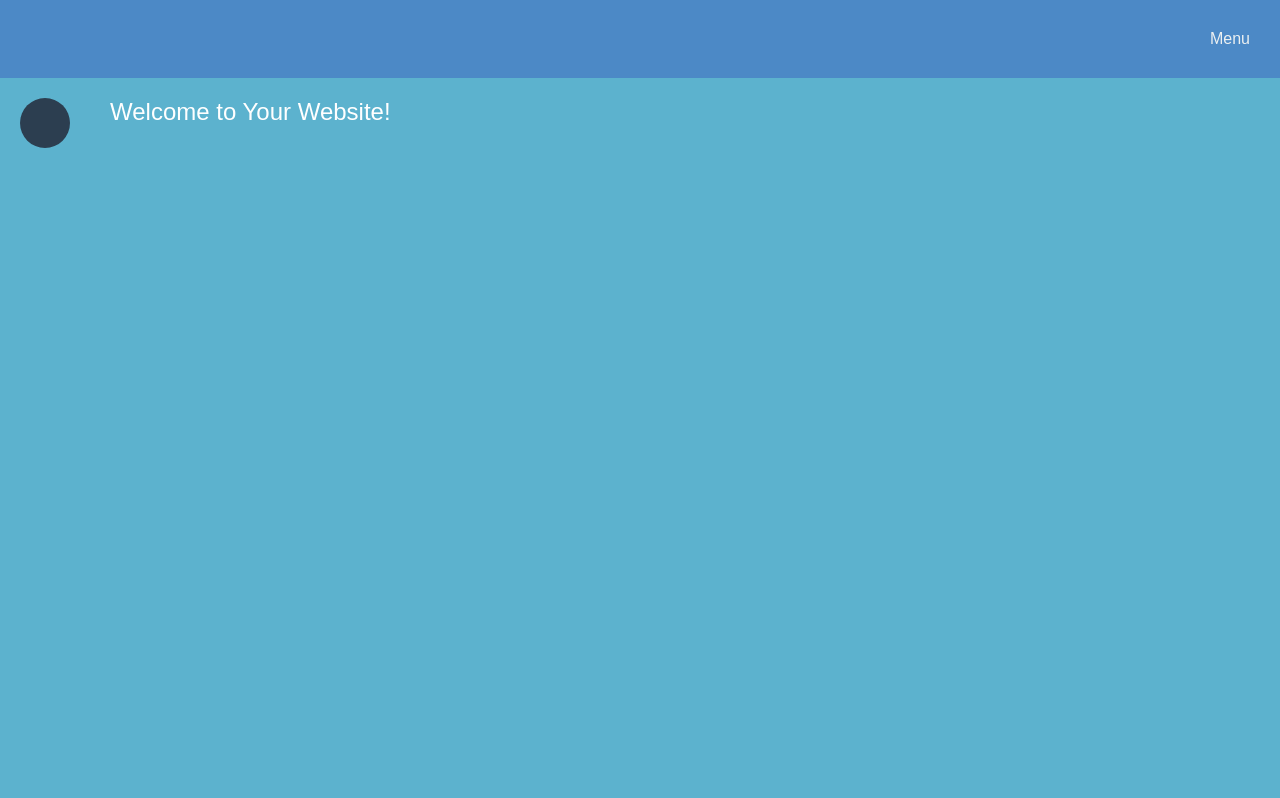
Repository: bliuzley13/Website_Portfolio
Page: Website_Portfolio/index.html
These files come from the project's save history. The page is drawn as it stood at one moment and after the next save; the edit follows.
The browser window is 1280 px wide. The pictures show the whole page.

Above is the page before, as saved 2024-02-05 17:15:58.

### Website_Portfolio/index.html
<!DOCTYPE html>
<html lang="en">
<head>
    <meta charset="UTF-8">
    <meta name="viewport" content="width=device-width, initial-scale=1.0">
    <title>Your Website</title>
    <style>
        body {
            margin: 0;
            padding: 0;
            font-family: Arial, sans-serif;
            background-color: #5cb2ce; /* Light blue background color */
            overflow: hidden;
        }

        #header {
            background-color: #4c89c6; /* Darker blue for the menu button */
            padding: 20px;
            color: #ecf0f1; /* Light text color */
            display: flex;
            align-items: center;
            justify-content: flex-end; /* Align elements to the right */
        }

        #menu-btn {
            margin-left: 20px;
            padding: 10px;
            background-color: #4c89c6; /* Darker blue for the menu button */
            color: #ecf0f1;
            cursor: pointer;
        }

        #menu {
            display: none;
            position: absolute;
            top: 70px;
            right: 20px;
            background-color: #2c3e50; /* Darker blue for the subboxes */
            padding: 10px;
            border-radius: 5px;
        }

        .menu-item {
            margin-bottom: 10px;
            color: #ecf0f1;
            cursor: pointer;
        }

        #content {
            display: flex;
            height: 100vh;
            overflow: hidden;
        }

        #icon {
            width: 50px;
            height: 50px;
            background-color: #2c3e50; /* Darker blue for the icon background */
            margin: 20px;
            border-radius: 50%;
        }

        #main-container {
            flex: 1;
            padding: 20px;
            overflow-y: auto;
            color: #ffffff; /* Darker blue for the main content text color */
        }

        #welcome-animation {
            font-size: 24px;
            color: #ffffff; /* Darker blue for the welcome text color */
            animation: fadeIn 2s ease-in-out;
        }

        @keyframes fadeIn {
            0% { opacity: 0; }
            100% { opacity: 1; }
        }
    </style>
    <script>
        document.addEventListener('DOMContentLoaded', function() {
            var menuBtn = document.getElementById('menu-btn');
            var menu = document.getElementById('menu');

            menuBtn.addEventListener('click', function() {
                if (menu.style.display === 'none' || menu.style.display === '') {
                    menu.style.display = 'block';
                } else {
                    menu.style.display = 'none';
                }
            });
        });
    </script>
</head>
<body>
    <div id="header">
        <div id="menu-btn">Menu</div>
        <div id="menu">
            <div class="menu-item">Home</div>
            <div class="menu-item">About</div>
            <div class="menu-item">Projects</div>
            <div class="menu-item">Contact</div>
        </div>
    </div>

    <div id="content">
        <div id="icon"></div>
        <div id="main-container">
            <div id="welcome-animation">Welcome to Your Website!</div>
            <!-- Add your content here -->
        </div>
    </div>
</body>
</html>

After the next save:
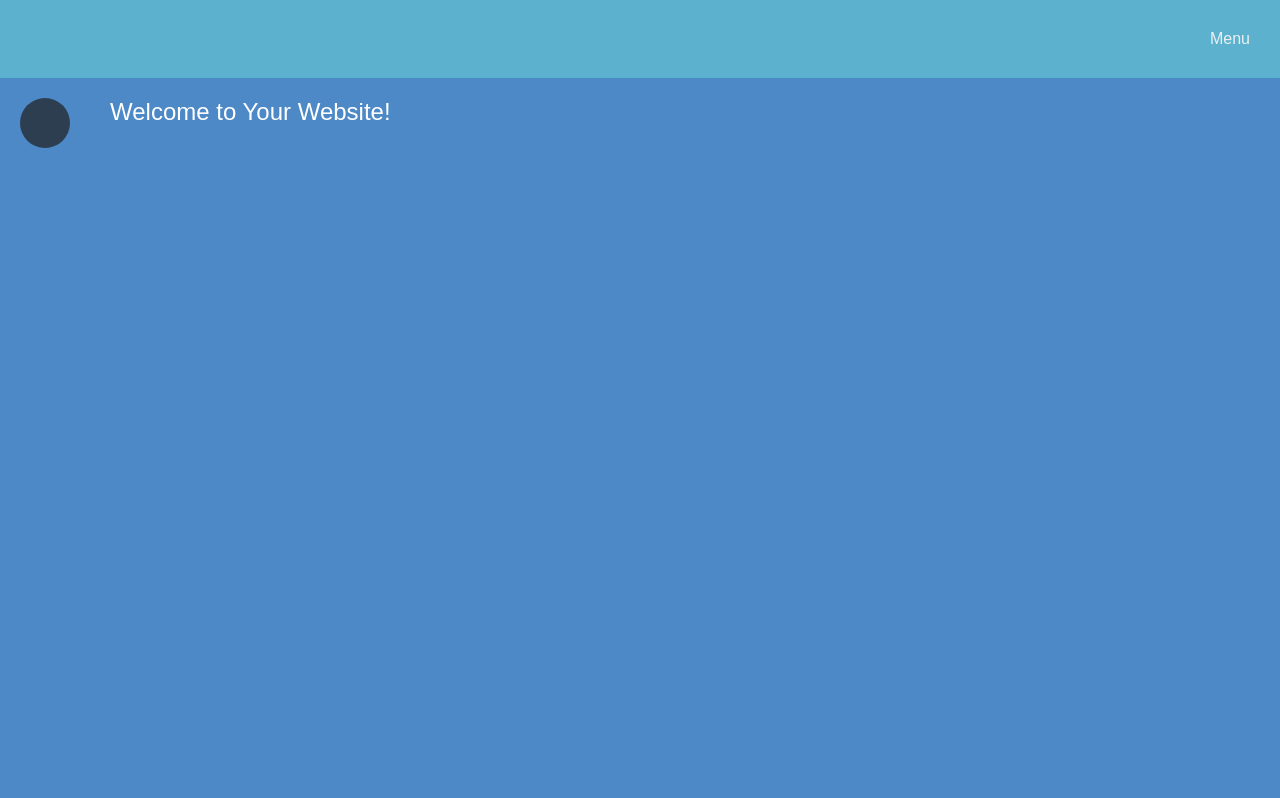
Saved 3 min 28 s later.
--- a/Website_Portfolio/index.html
+++ b/Website_Portfolio/index.html
@@ -9,12 +9,12 @@
             margin: 0;
             padding: 0;
             font-family: Arial, sans-serif;
-            background-color: #5cb2ce; /* Light blue background color */
+            background-color: #4c89c6; /* Darker blue for the menu button */
             overflow: hidden;
         }
 
         #header {
-            background-color: #4c89c6; /* Darker blue for the menu button */
+            background-color: #5cb2ce; /* Light blue background color */
             padding: 20px;
             color: #ecf0f1; /* Light text color */
             display: flex;
@@ -25,7 +25,7 @@
         #menu-btn {
             margin-left: 20px;
             padding: 10px;
-            background-color: #4c89c6; /* Darker blue for the menu button */
+            background-color: #5cb2ce; /* Light blue background color */
             color: #ecf0f1;
             cursor: pointer;
         }
